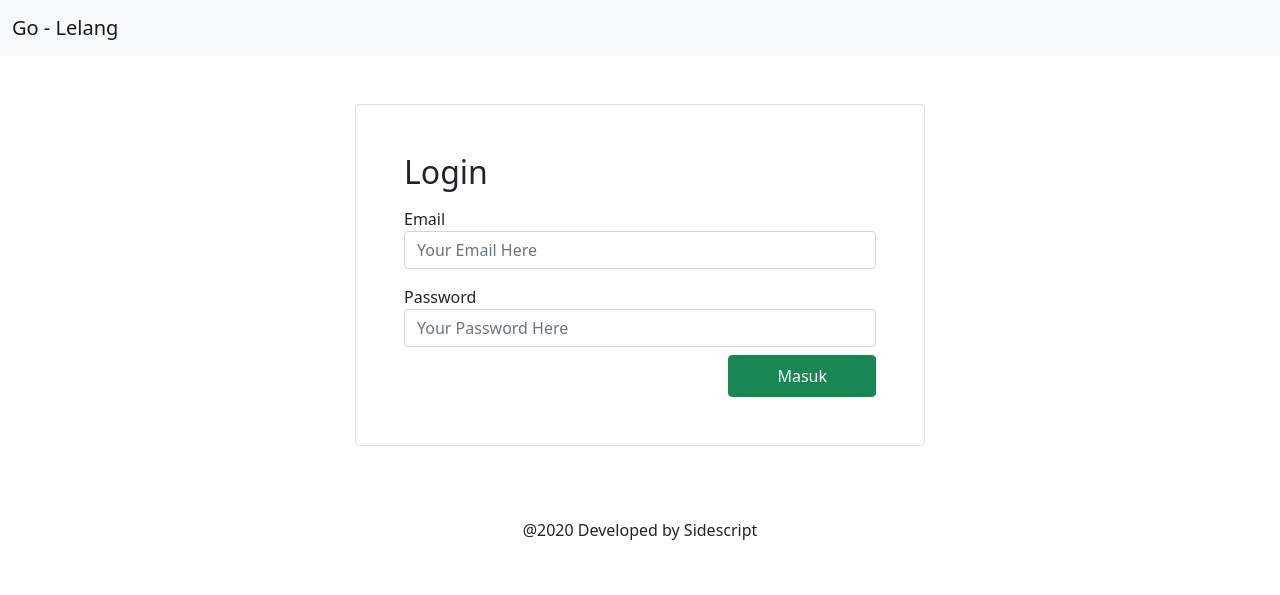
Repository: khulqu15/Go---Lelalng
Page: http://localhost/login
The author's editor kept a copy of each file at every save. The page is drawn from the files as they stood at one save, then again after a run of saves.
The browser window is 1280 px wide. The pictures show the whole page.
The page is served by the project's Laravel application, run on PHP 8.4 with Laravel 8.

Above is the page before, as saved 2021-02-22 15:53:22.

After the next 2 saves:
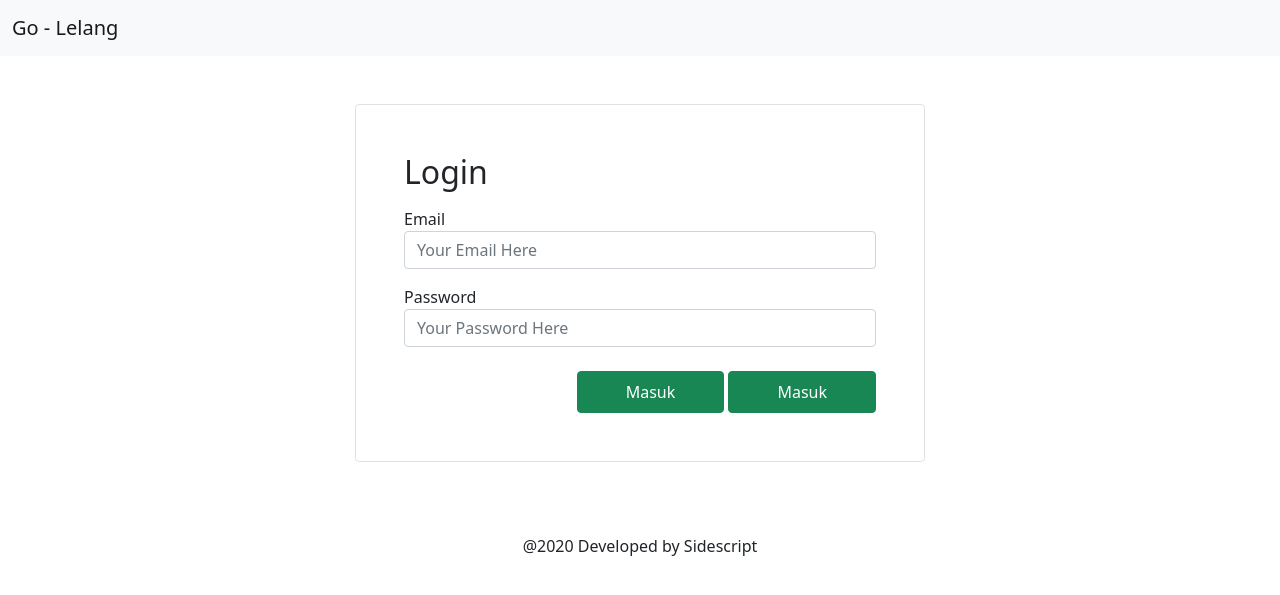
The 2 saves are shown as one change because they came seconds apart.
The last was saved 10 s later.
--- a/resources/views/auth/login.blade.php
+++ b/resources/views/auth/login.blade.php
@@ -16,7 +16,8 @@
                 <input type="password" id="password" name="password" class="form-control" placeholder="Your Password Here">
             </div>
             <div class="text-right">
-                <button class="btn btn-success px-5 py-2" type="submit">Masuk</button>
+                <button class="btn btn-success px-5 py-2 mt-3" type="submit">Masuk</button>
+                <button class="btn btn-success px-5 py-2 mt-3" type="submit">Masuk</button>
             </div>
         </div>
     </div>
